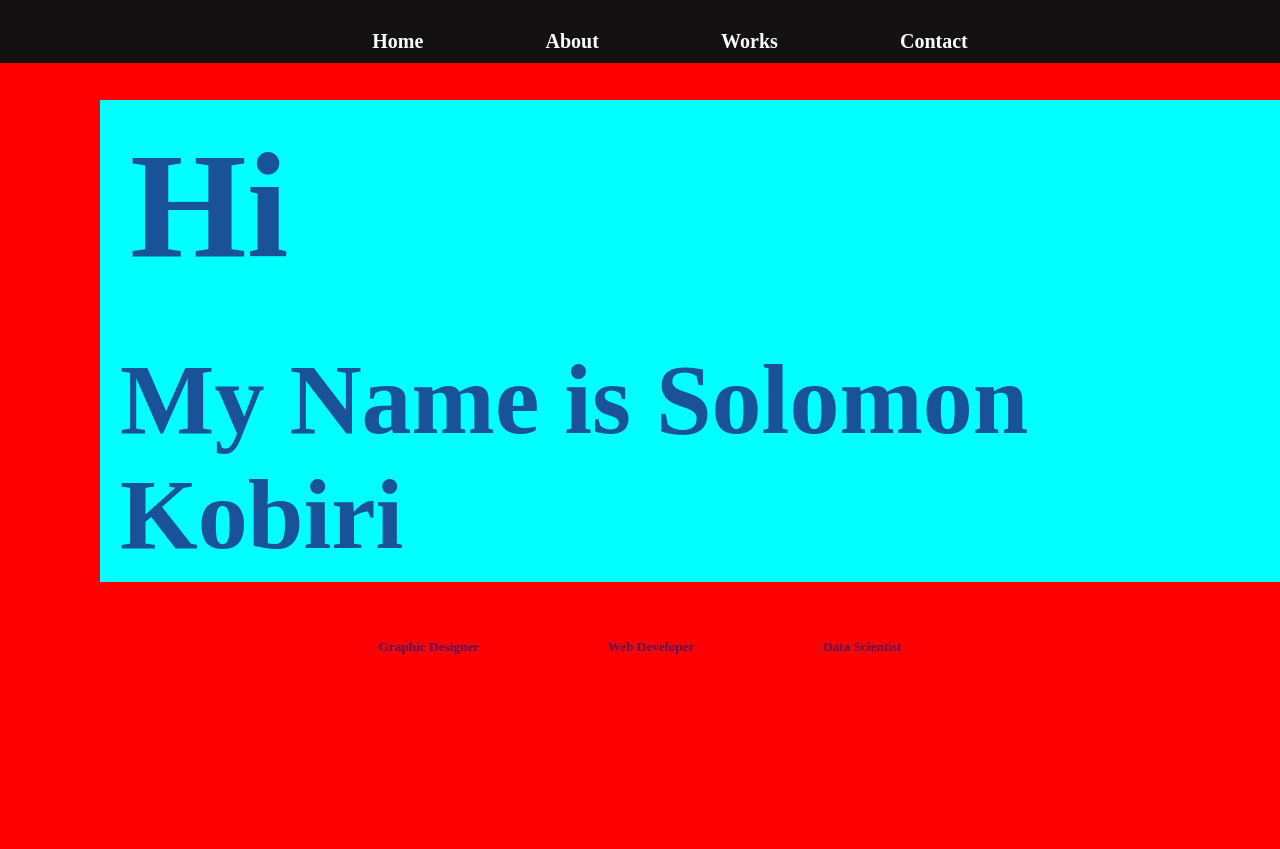
Repository: Kwabena-Kobiri/yellocoders
Page: index.html
The author's editor kept a copy of each file at every save. The page is drawn from the files as they stood at one save, then again after the next save.
The browser window is 1280 px wide. The pictures show the whole page.

Above is the page before, as saved 2021-05-05 22:48:45.

### index.html
<!DOCTYPE html>
<html lang="en">
<head>
    <meta charset="UTF-8">
    <meta http-equiv="X-UA-Compatible" content="IE=edge">
    <meta name="viewport" content="width=device-width, initial-scale=1.0">
    <link rel="stylesheet" href="index.css" />
    <title>Y'ello</title>
</head>
<body>
    <!-- HEADER COMPONENT STARTS HERE -->
    <header id="header">
        <nav id="nav">
            <ul>
                <li>Home</li>
                <li>About</li>
                <li>Works</li>
                <li>Contact</li>
            </ul>
        </nav>
    </header>
    <!-- HEADER COMPONENT ENDS HERE -->


    <!-- LANDING PAGE STARTS HERE  -->
    <section id="LandingPage">
        <div class="Details">
            <h1>Hi</h1>
            <h3>My Name is Solomon Kobiri</h3>
        </div>
        <div class="Skills">
            <h5>Graphic Designer</h5>
            <h5>Web Developer</h5>
            <h5>Data Scientist</h5>
        </div>
    </section>
    <!-- LANDING PAGE ENDS HERE -->
</body>
</html>

### index.css
* {
    /* background-color: red; */
    margin: 0px;
}

/* HEADER STYLING STARTS HERE */
#header {
    background-color: rgba(19, 17, 17, 1);
    justify-content: center;
    padding: 10px;
    width: 100%;
    position: fixed;
    z-index: 999;
    color: white;
}

#nav {
    margin: 20px 200px 0px 200px;
    /* background-color: blue; */
}

#nav > ul {
    display: flex;
    flex-direction: row;
    justify-content: space-evenly;
    list-style: none;
}

#nav > ul > li {
    text-decoration: none;
    font-size: 20px;
    font-weight: 550;
}

/* HEADER STYLING ENDS HERE */


/* LANDING PAGE STYLING STARTS HERE */
#LandingPage {
    position: absolute;
    width: 100%;
    z-index: 0;
    color: rgba(32, 30, 122, 0.767);
    background-color: red;
}

.Details {
    margin-top: 100px;
    margin-left: 100px;
    background-color: aqua;
}

.Details > h1 {
    margin: 50px 0px 20px 10px;
    font-size: 150px;
    padding: 20px;
}

.Details > h3 {
    margin-left: 10px;
    font-size: 100px;
    padding: 10px;
    justify-content: center;
}

.Skills {
    background-color: red;
    margin: 50px 250px 180px 250px;
    display: flex;
    flex-direction: row;
    justify-content: space-evenly;
    height: 30px;
    padding-top: 7px;
    border-radius: 20px;
}

/* .Skills > h5 {
    font-size: large;
    font-weight: bolder;
} */

/* LANDING PAGE STYLING ENDS HERE */

After the next save:
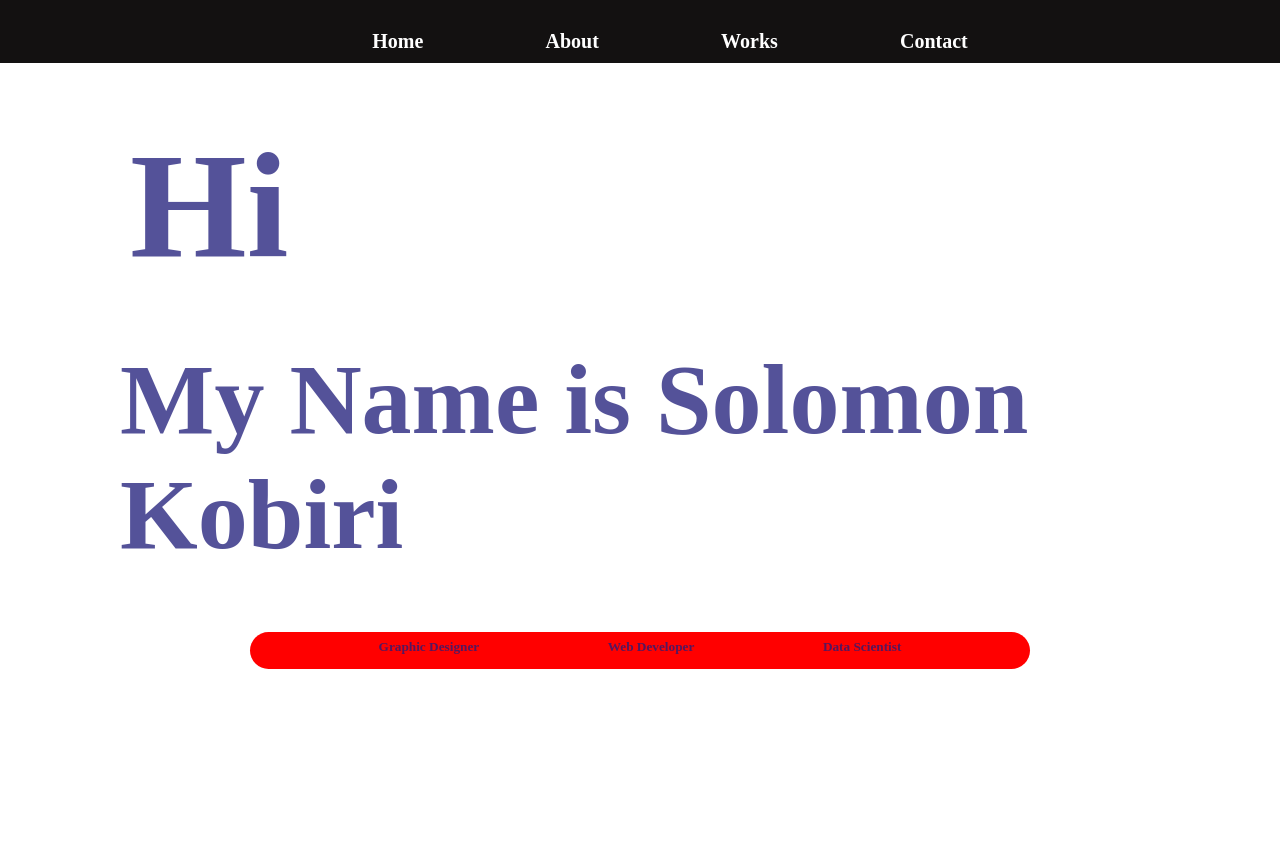
Saved 14 s later.
--- a/index.css
+++ b/index.css
@@ -41,13 +41,13 @@
     width: 100%;
     z-index: 0;
     color: rgba(32, 30, 122, 0.767);
-    background-color: red;
+    /* background-color: red; */
 }
 
 .Details {
     margin-top: 100px;
     margin-left: 100px;
-    background-color: aqua;
+    /* background-color: aqua;  */
 }
 
 .Details > h1 {
